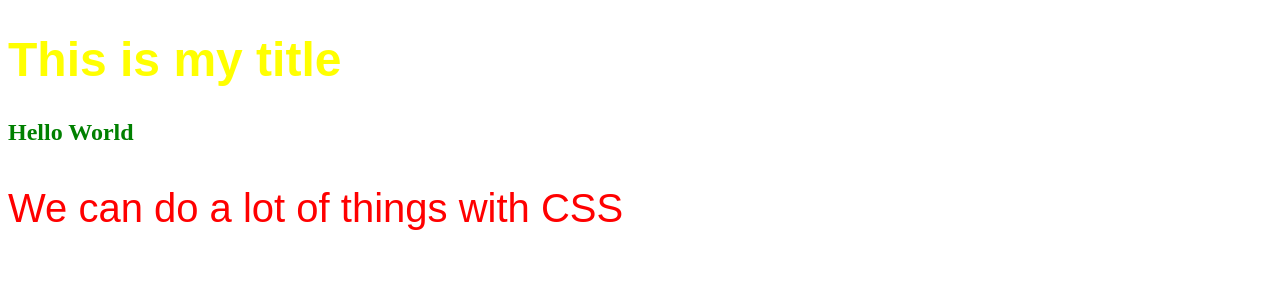
Repository: yjaneyy/ps-class-demo
Page: index.html
The author's editor kept a record of every edit. The page is drawn from the files as they stood at one moment, then again after the next edit.
The browser window is 1280 px wide. The pictures show the whole page.

Above is the page before.

After the next edit:
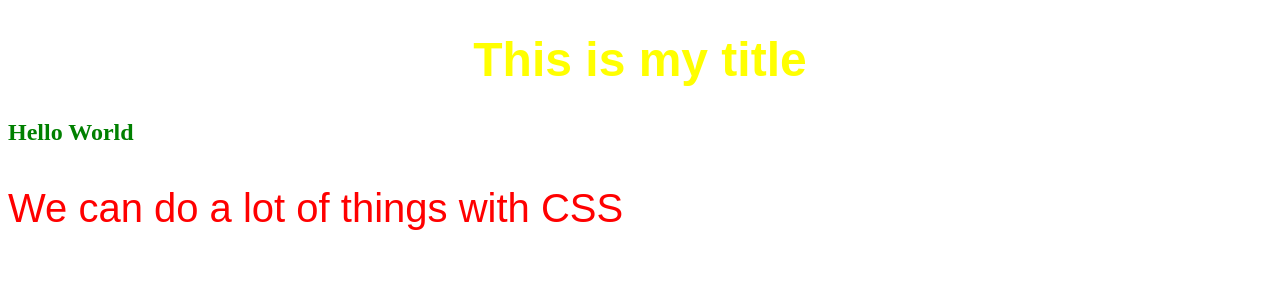
The edit:
--- a/index.html
+++ b/index.html
@@ -2,6 +2,7 @@
 <html>
     <head>
         <title>Example Page</title>
+        <link rel="stylesheet" href="styles/styles.css">
         <style>
             #paragraph{
                 font-size:40px;
